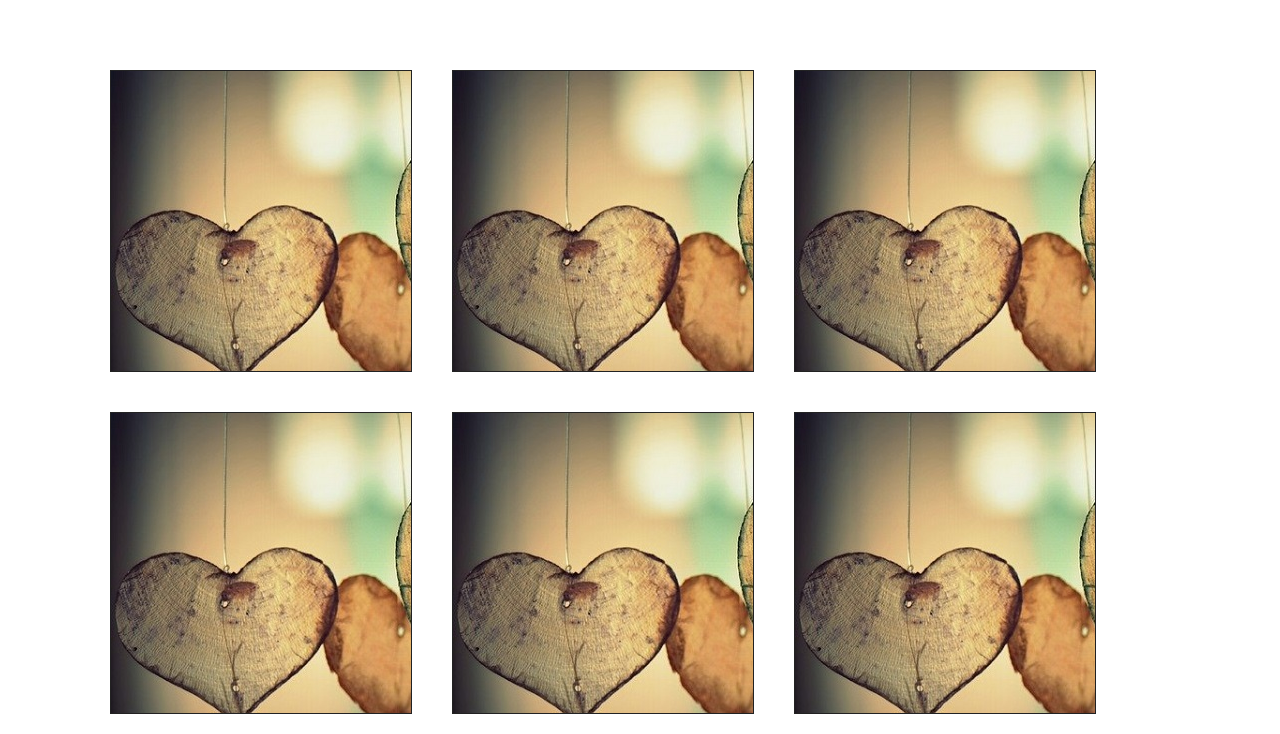
Repository: topyoungil/CodeMemories-ByJake
Page: HTML_CSS/WebContent/test/1003_css/bg-4.html
These files come from the project's save history. The page is drawn as it stood at one moment and after the next save; the edit follows.
The browser window is 1280 px wide. The pictures show the whole page.

Above is the page before, as saved 2022-10-03 13:44:30.

After the next save:
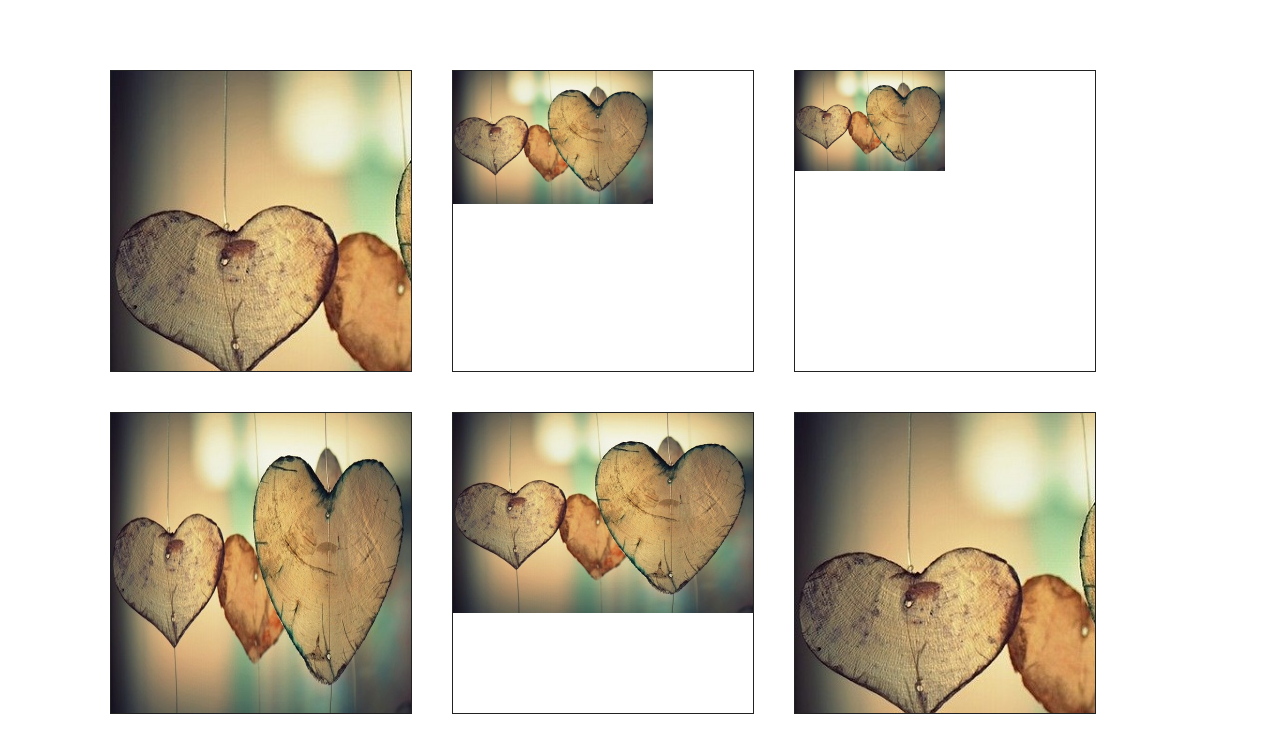
Saved 115 s later.
--- a/HTML_CSS/WebContent/test/1003_css/bg-4.html
+++ b/HTML_CSS/WebContent/test/1003_css/bg-4.html
@@ -19,9 +19,29 @@
 	}
 
 	#bg1 {
+		background-size: auto;
+	}
+
+	#bg2 {
+		background-size: 200px;
+	}
+
+	#bg3 {
+		background-size: 50%;
+	}
+
+	#bg4 {
+		background-size: 100% 100%;
+	}
+
+	#bg5 {
+		background-size: contain;
+	}
+
+	#bg6 {
+
 
 	}
-
 </style>
 </head>
 <body>
